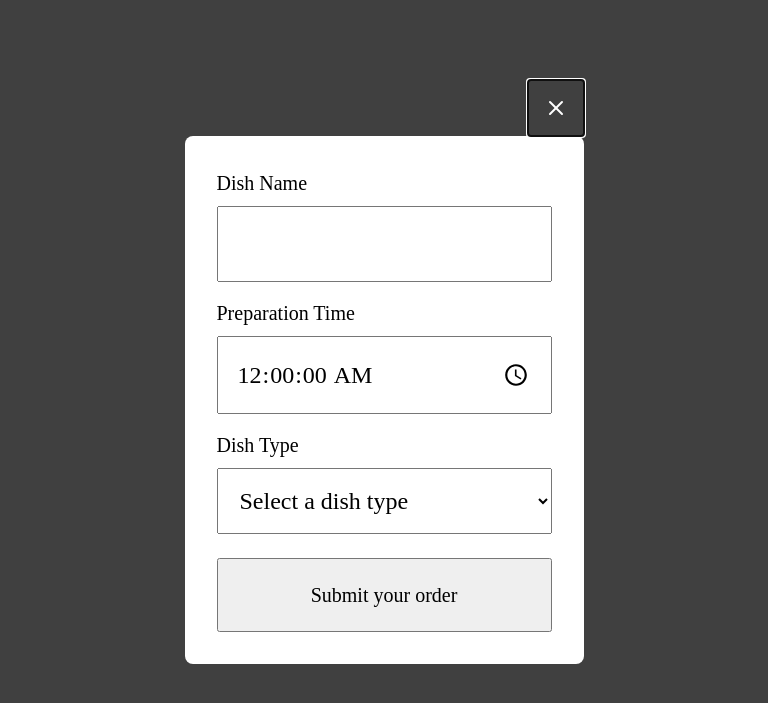
Repository: hjubsoni/hex-ocean-task
Page: /, after clicking the first element matching `button.order-button`
These files come from the project's save history. The page is drawn as it stood at one moment and after the next save; the edit follows.
The browser window is 768 px wide. The pictures show the whole page.
The project was rebuilt for these pictures with package versions that can differ from the ones it lists, and the page was loaded fresh each time. Also part of the build but not shown: vite.config.ts.

Above is the page before, as saved 2023-03-22 15:24:04.

After the next save:
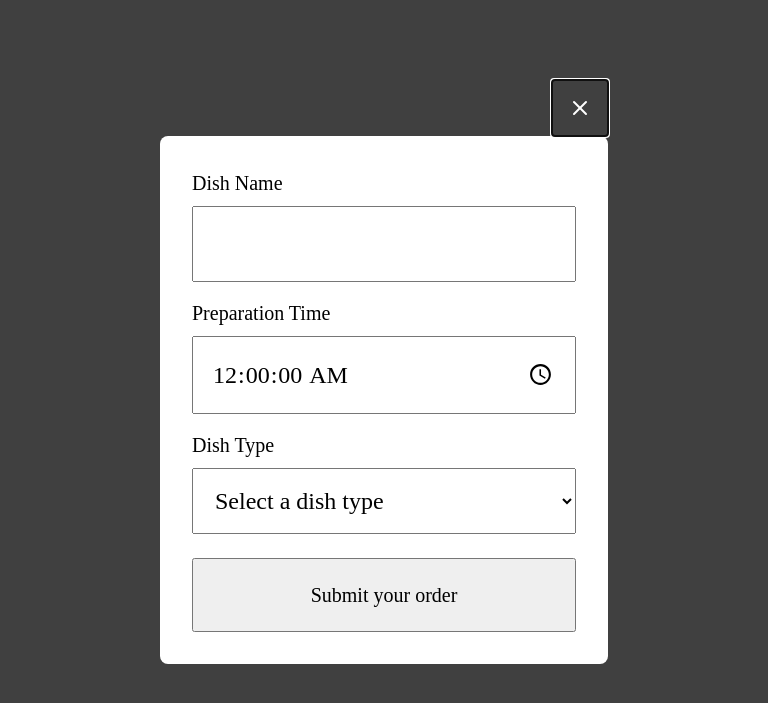
Saved 28 s later.
--- a/src/components/ModalForm/styles.css
+++ b/src/components/ModalForm/styles.css
@@ -22,10 +22,6 @@
   gap: 16px;
   width: 100%;
   min-width: 28rem;
-
-  @media (max-width: 768px) {
-    min-width: 20rem;
-  }
 }
 
 .close-button {
